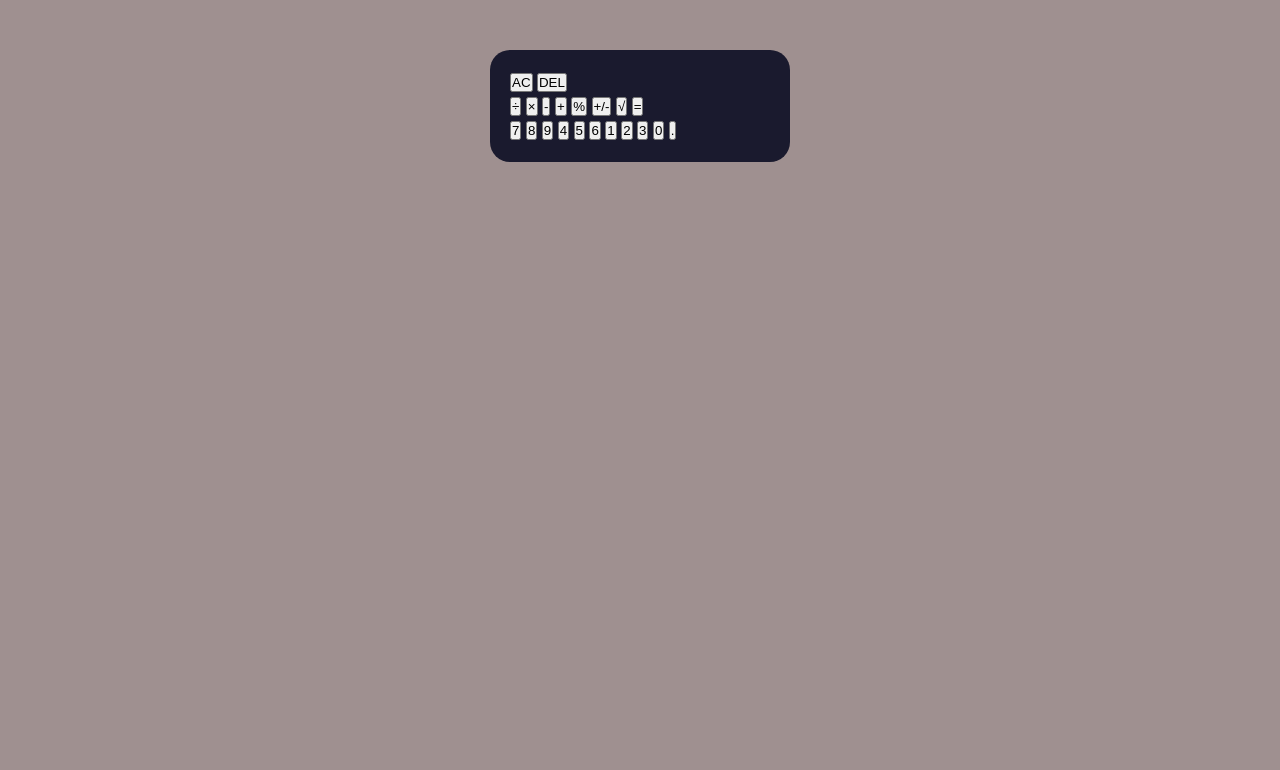
Repository: MikkyPrestige/js-calculator
Page: index.html
An editor plug-in stored every save of this project. The page is shown before and after the next save, followed by the edit.
The browser window is 1280 px wide. The pictures show the whole page.

Above is the page before, as saved 2023-05-08 00:57:36.

### index.html
<!DOCTYPE html>
<html lang="en">

<head>
  <meta charset="UTF-8">
  <meta http-equiv="X-UA-Compatible" content="IE=edge">
  <meta name="viewport" content="width=device-width, initial-scale=1.0">
  <title>JavaScript Calculator</title>
  <link rel="stylesheet" href="./index.css">
  <!-- <script src="script.js" defer></script> -->
</head>

<body>
  <main>
    <section class="caluculator">
      <div class="output">
        <div class="output--curr"></div>
        <div class="output--prev"></div>
      </div>
      <div class="btns">
        <div class="btn--ctrls">
          <button class="btn btn--clear">AC</button>
          <button class="btn btn--del">DEL</button>
        </div>
        <div class="btn--ops">
          <button class="btn btn--op">÷</button>
          <button class="btn btn--op">×</button>
          <button class="btn btn--op">-</button>
          <button class="btn btn--op">+</button>
          <button class="btn btn--op">%</button>
          <button class="btn btn--op">+/-</button>
          <button class="btn btn--op">√</button>
          <button class="btn btn--op">=</button>
        </div>
        <div class="btn--nums">
          <button class="btn btn--num">7</button>
          <button class="btn btn--num">8</button>
          <button class="btn btn--num">9</button>
          <button class="btn btn--num">4</button>
          <button class="btn btn--num">5</button>
          <button class="btn btn--num">6</button>
          <button class="btn btn--num">1</button>
          <button class="btn btn--num">2</button>
          <button class="btn btn--num">3</button>
          <button class="btn btn--num">0</button>
          <button class="btn btn--num">.</button>
        </div>
      </div>
    </section>
  </main>
</body>

</html>

### index.css
*,
*::before,
*::after {
  box-sizing: border-box;
  margin: 0;
  padding: 0;
}

html {
  font-size: 62.5%;
}

body {
  font-family: 'Fira Sans', sans-serif;
  font-size: 1.6rem;
  font-weight: 400;
  line-height: 1.5;
  background: #9F9090;
  min-height: 100vh;
  width: 100vw;
}

main {
  background: rgba(26, 26, 46, 1);
  width: 100%;
  max-width: 30rem;
  height: 100%;
  margin: 5rem auto;
  padding: 2rem;
  border-radius: 2rem;
  -webkit-border-radius: 2rem;
  -moz-border-radius: 2rem;
  -ms-border-radius: 2rem;
  -o-border-radius: 2rem;

}

After the next save:
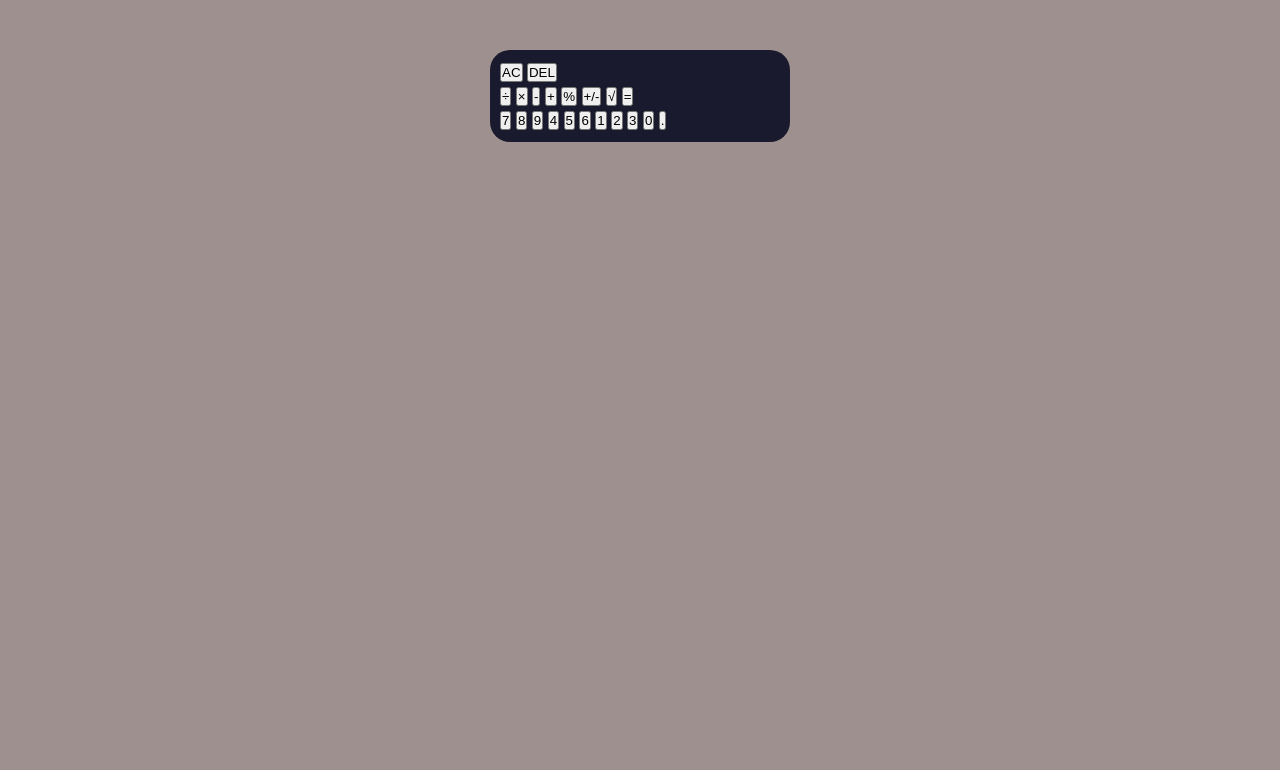
Saved 29 s later.
--- a/index.css
+++ b/index.css
@@ -17,7 +17,7 @@ body {
   line-height: 1.5;
   background: #9F9090;
   min-height: 100vh;
-  width: 100vw;
+  width: 100%;
 }
 
 main {
@@ -26,7 +26,7 @@ main {
   max-width: 30rem;
   height: 100%;
   margin: 5rem auto;
-  padding: 2rem;
+  padding: 1rem;
   border-radius: 2rem;
   -webkit-border-radius: 2rem;
   -moz-border-radius: 2rem;
